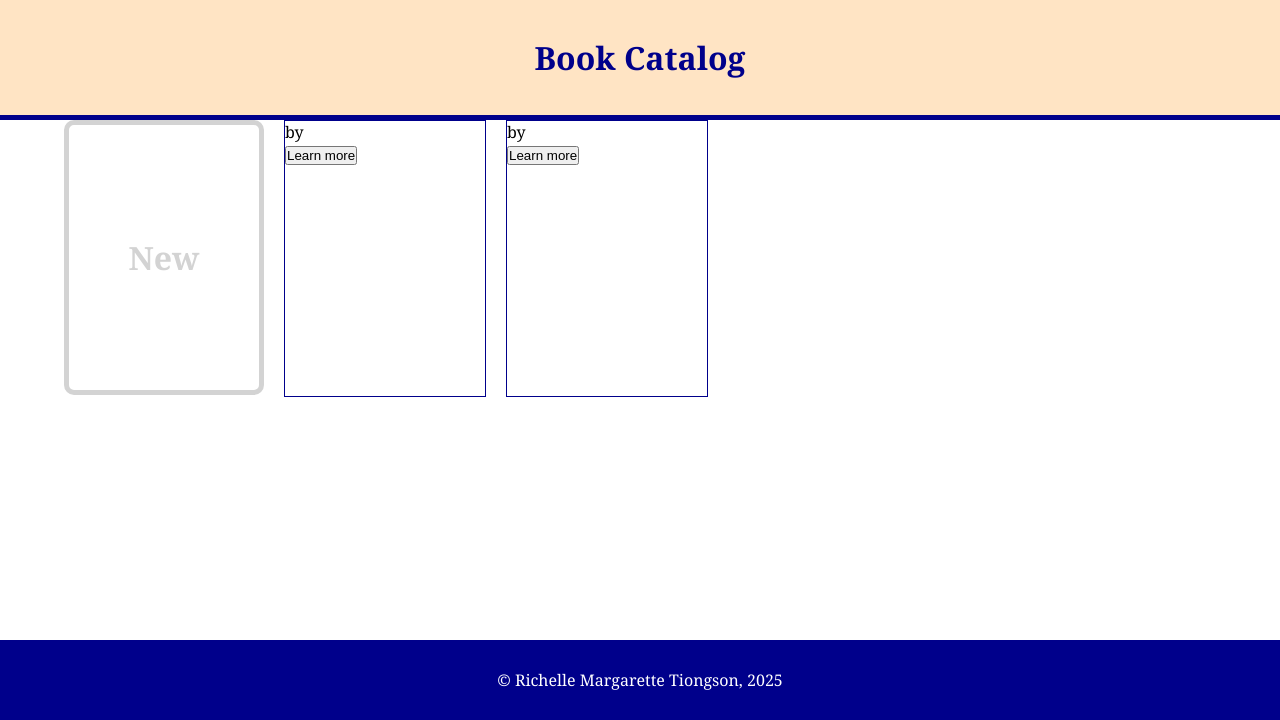
Repository: richelletiongson/comp3170_lab01
Page: /
An editor plug-in stored every save of this project. The page is shown before and after the next save, followed by the edit.
The browser window is 1280 px wide. The pictures show the whole page.
The project was rebuilt for these pictures with package versions that can differ from the ones it lists, and the page was loaded fresh each time. Also part of the build but not shown: vite.config.js.

Above is the page before, as saved 2025-09-14 00:25:26.

After the next save:
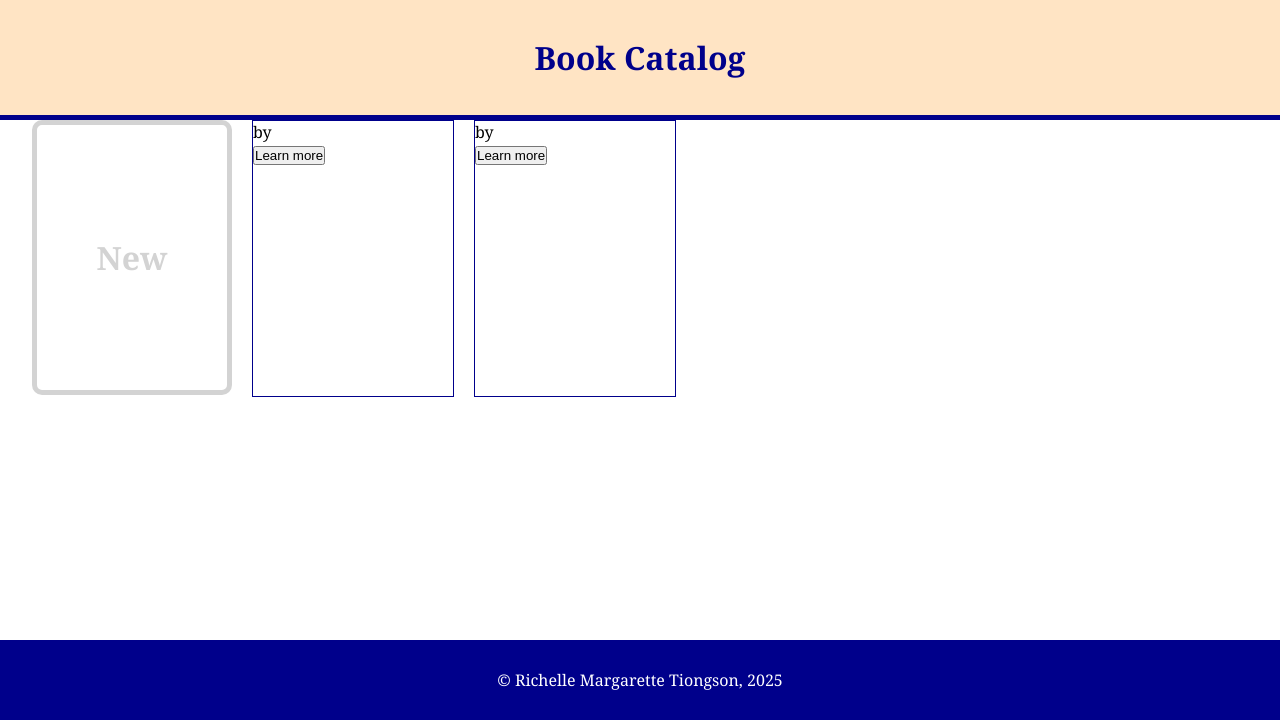
Saved 25 s later.
--- a/src/index.css
+++ b/src/index.css
@@ -61,7 +61,6 @@ body {
   display: flex;
   flex-direction: row;
   justify-content:flex-start;
-  padding: 0 2rem;
   gap: 20px;
 }
 
